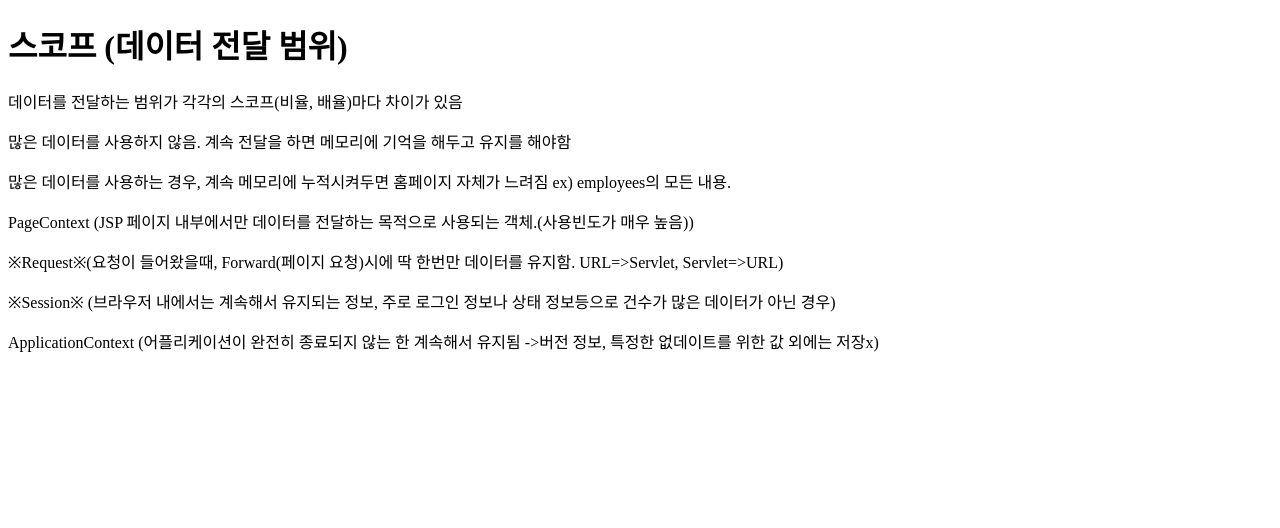
Repository: joeunpyeong/javaA
Page: http://localhost/04.Implicit/Ex01_Request/Ex04_Scope.jsp
An editor plug-in stored every save of this project. The page is shown before and after the next save, followed by the edit.
The browser window is 1280 px wide. The pictures show the whole page.
The page is served by Tomcat 9.

Above is the page before, as saved 2023-05-22 03:29:20.

After the next save:
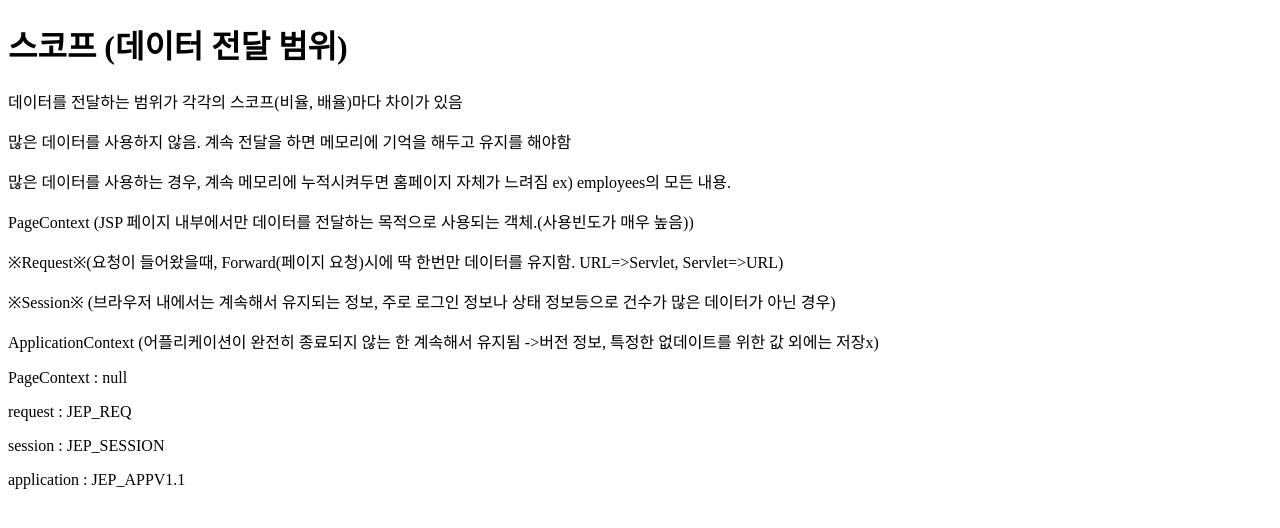
Saved 3 min 59 s later.
--- a/04.Implicit/src/main/webapp/Ex01_Request/Ex04_Scope.jsp
+++ b/04.Implicit/src/main/webapp/Ex01_Request/Ex04_Scope.jsp
@@ -17,7 +17,17 @@
 	<p>ApplicationContext (어플리케이션이 완전히 종료되지 않는 한 계속해서 유지됨 ->버전 정보, 특정한 없데이트를 위한 값 외에는 저장x)</p>
 	<%
 		pageContext.setAttribute("pageCTX", "JEP_PAGE_CTX");
-	%>
+		request.setAttribute("req", "JEP_REQ");
+		//Request=> 1. getPrameter (URL또는 FORM태그를 이용한 경우 내부 태그를 NAME으로 구분하여 파라메터가 String으로 들얼있음)
+		//			2. Attribute <= 어떤 요청을 통해서 오거나 Request가 Forward라는 기능으로 페이지 전환을 하는 경우 object들어있음>
+		session.setAttribute("session", "JEP_SESSION");
+		application.setAttribute("app", "JEP_APPV1.1");
+		%>
+	<p>PageContext : <%=pageContext.getAttribute("pageCtx") %>
+	<p>request : <%=request.getAttribute("req") %>
+	<p>session : <%=session.getAttribute("session") %>
+	<p>application : <%=application.getAttribute("app") %>
+
 
 </body>
 </html>
